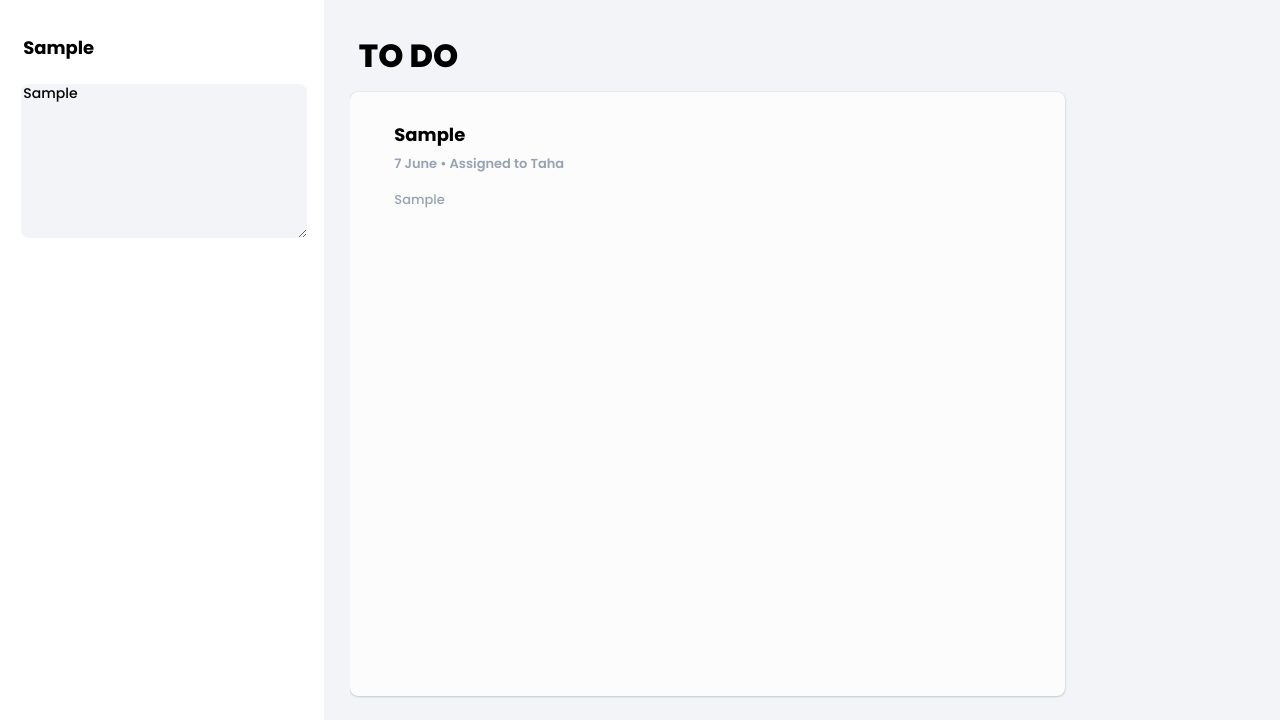
Repository: ReyhanehRahmani/TO-DO
Page: index.html
These files come from the project's save history. The page is drawn as it stood at one moment and after the next save; the edit follows.
The browser window is 1280 px wide. The pictures show the whole page.
Empty fields were first filled with sample values (such as "Sample", 5 or name@example.com).
After loading, the first visible `#creatbut` was clicked once.
Some web fonts or font styles are not loaded; a fallback is used.

Above is the page before, as saved 2025-06-08 13:09:04.

### index.html
<!DOCTYPE html>

<html lang="en">

    <head>

        <meta name="viewport" content="width=device-width, initial-scale=1.0" />

        <title>TO-DO</title>

        <link rel="icon" type="image/jpg" href="favicon.png">

        <link rel="stylesheet" href="style.css">

        <link rel="preconnect" href="https://fonts.googleapis.com">

        <link rel="preconnect" href="https://fonts.gstatic.com" crossorigin>

        <link href="https://fonts.googleapis.com/css2?family=Poppins:ital,wght@0,100;0,200;0,300;0,400;0,500;0,600;0,700;0,800;0,900;1,100;1,200;1,300;1,400;1,500;1,600;1,700;1,800;1,900&family=Sofia+Sans:ital,wght@0,1..1000;1,1..1000&display=swap" rel="stylesheet">

    </head>
    <body>
        <div id="side">

            <div id="main-card">
            <div id="content">
                <div >
                <div id="title">
                    <input type="text" id="titlebox" minlength="3" maxlength="30" placeholder="Title">
                </div>
                <div id="description">
                    <textarea type="text" id="descriptionbox" maxlength="200" placeholder="Description"></textarea>
                </div>
                </div>

                <div id="buttons">
                    <div id="clear"><button id="clearbut">Clear All</button></div>
                    <div id="creat"><button id="creatbut">Creat Card</button></div>
                </div>
            </div>

            </div>

            <div id="cardsContainer"></div>
        </div>

        <script src="script.js"></script>
    </body>

### style.css
@media screen and (max-width: 1279px){

body{
    background-color: #F2F4F7;
}



#main-card{
    margin-left: 6%;
    margin-right: 6%;
    margin-top: 6%;
    background-color: #FFFFFF;
}

#content{
    margin-right: 6.557377049%;
    margin-left: 6.557377049%;
    margin-top: 6.557377049%;
    margin-bottom: 6.557377049%;
}

#titlebox{
    font-family: 'Poppins';
    font-weight: 700;
    font-size: 18px;
    line-height: 150%;
    letter-spacing: -2%;
    border: none;
    width: 100%;
    height: 51px;
}

#descriptionbox{
    border: none;
    width: 100%;
    font-family: 'Poppins';
    font-weight: 500;
    font-size: 14px;
    line-height: 100%;
    letter-spacing: -3%;
    height: 150px;
    border-radius: 8px;
    background: #F2F4F7;

    margin-top: 10px;

}

#content{
    display: flex;
    flex-direction: column;
    justify-content: space-between;
    gap: 516px;
}

#buttons{
    display: flex;
    justify-content: space-between;
    gap: 12px;
    margin-bottom: 25px;
}

#clear{
    text-align: center;
    justify-content: center;
}

#clearbut{
    height: 44px;
    border-radius: 8px;
    border-width: 1.4px;
    border-color: #FF1616;
    background-color: #FFFFFF;
    font-family: 'Poppins';
    font-weight: 700;
    font-size: 15px;
    line-height: 100%;
    letter-spacing: -3%;
    color: #FF1616;
    white-space: nowrap;
    width: 97px;

}

#creat{
    text-align: center;
    justify-content: center;
}

#creatbut{
    height: 44px;
    border-radius: 8px;
    background: #000000;
    font-family: 'Poppins';
    font-weight: 600;
    font-size: 15px;
    line-height: 100%;
    letter-spacing: -3%;
    color: #FFFFFF;
    width: 190px;

}

.cardsContainer{
    justify-content: center;
}


.card {
    width: 76.923076923%;
    height: 238px;
    border-radius: 8px;
    background: #FCFCFD;
    box-shadow: 0px 0.5px 2px 0px #1018284D;
    justify-self: center;
    position: relative;
    margin-bottom: 24px;
}


.cardTitle{
    font-family: 'Poppins';
    font-weight: 700;
    font-size: 18px;
    line-height: 150%;
    letter-spacing: -2%;
    margin-left: 6.25%;
    padding-top: 4.1%;


}

.cardDate{
    font-family: 'Poppins';
    font-weight: 600;
    font-size: 13px;
    line-height: 150%;
    letter-spacing: -2%;
    margin-left: 6.25%;
    color: #98A2B3;
    margin-top: 6px;

}

.cardDesc{
    font-family: 'Poppins';
    font-weight: 500;
    font-size: 13px;
    line-height: 150%;
    letter-spacing: -2%;
    color: #98A2B3;
    margin-left: 6.25%;
    margin-top: 16px;
}

#todoTitle{
    font-family: 'Poppins';
    font-weight: 800;
    font-size: 32px;
    line-height: 100%;
    letter-spacing: -0.75%;
    color: #000000;
    margin-left: 12%;
    margin-bottom: 20px;
    margin-top: 80px;

}}

@media screen and (min-width: 1280px){


body, html {
    height: 100%;
    margin: 0;
    overflow: hidden;
    background-color: #F2F4F7;

}


#content{
    margin-right: 6.557377049%;
    margin-left: 6.557377049%;
    margin-top: 6.557377049%;
    margin-bottom: 6.557377049%;
}

#titlebox{
    font-family: 'Poppins';
    font-weight: 700;
    font-size: 18px;
    line-height: 150%;
    letter-spacing: -2%;
    border: none;
    width: 100%;
    height: 51px;
}

#descriptionbox{
    border: none;
    width: 100%;
    font-family: 'Poppins';
    font-weight: 500;
    font-size: 14px;
    line-height: 100%;
    letter-spacing: -3%;
    height: 150px;
    border-radius: 8px;
    background: #F2F4F7;

    margin-top: 10px;

}

#main-card{
    background-color: #FFFFFF;
    width: 25.31120332%;
    margin: 0%;
        height: 100vh;


}

#side{
    display: flex;
    flex-direction: row;
      overflow: hidden;

}


#content{
    display: flex;
    flex-direction: column;
    justify-content: space-between;
    gap: 516px;
}

#buttons{
    display: flex;
    justify-content: space-between;
    gap: 12px;
    margin-bottom: 25px;
}

#clear{
    text-align: center;
    justify-content: center;
}

#clearbut{
    height: 44px;
    border-radius: 8px;
    border-width: 1.4px;
    border-color: #FF1616;
    background-color: #FFFFFF;
    font-family: 'Poppins';
    font-weight: 700;
    font-size: 15px;
    line-height: 100%;
    letter-spacing: -3%;
    color: #FF1616;
    white-space: nowrap;
    width: 97px;

}

#creat{
    text-align: center;
    justify-content: center;
}

#creatbut{
    height: 44px;
    border-radius: 8px;
    background: #000000;
    font-family: 'Poppins';
    font-weight: 600;
    font-size: 15px;
    line-height: 100%;
    letter-spacing: -3%;
    color: #FFFFFF;
    width: 190px;

}

#cardsContainer{
    overflow-y: auto;
    flex-grow: 1;
    margin-left: 2%;
    height: 100vh;
    display: flex;
    flex-direction: column;

}


.card {
    width: 76.923076923%;
    height: 238px;
    border-radius: 8px;
    background: #FCFCFD;
    box-shadow: 0px 0.5px 2px 0px #1018284D;
    position: relative;
    margin-bottom: 24px;
      overflow-y: scroll;
  flex-grow: 1;

}


.cardTitle{
    font-family: 'Poppins';
    font-weight: 700;
    font-size: 18px;
    line-height: 150%;
    letter-spacing: -2%;
    margin-left: 6.25%;
    padding-top: 4.1%;


}

.cardDate{
    font-family: 'Poppins';
    font-weight: 600;
    font-size: 13px;
    line-height: 150%;
    letter-spacing: -2%;
    margin-left: 6.25%;
    color: #98A2B3;
    margin-top: 6px;

}

.cardDesc{
    font-family: 'Poppins';
    font-weight: 500;
    font-size: 13px;
    line-height: 150%;
    letter-spacing: -2%;
    color: #98A2B3;
    margin-left: 6.25%;
    margin-top: 16px;
}

#todoTitle{
    font-family: 'Poppins';
    font-weight: 800;
    font-size: 32px;
    line-height: 100%;
    letter-spacing: -0.75%;
    color: #000000;
    margin-left: 1%;
    margin-bottom: 20px;
    margin-top: 40px;

}

}

### script.js
document.getElementById("creatbut").onclick = function () {

    const title = document.getElementById("titlebox").value.trim();
    const desc = document.getElementById("descriptionbox").value.trim();

    const card = document.createElement("div");
    card.classList.add("card");

    const cardItems =document.createElement("div");
    card.classList.add("cardItem");

    card.appendChild(cardItems);

    const titleElem = document.createElement("div");
    titleElem.classList.add("cardTitle");
    titleElem.textContent = title;

    const dateElem = document.createElement("div");
    dateElem.classList.add("cardDate");

    const now = new Date();
    const day = now.getDate();
    const monthNames = ["January", "February", "March", "April", "May", "June","July", "August", "September", "October", "November", "December"];

    const month = monthNames[now.getMonth()];

    const formattedDate = day + " " + month;

    dateElem.textContent = formattedDate + " • " + " Assigned to Taha ";

    const descElem = document.createElement("div");
    descElem.classList.add("cardDesc");
    descElem.textContent = desc;

    cardItems.appendChild(titleElem);
    cardItems.appendChild(dateElem);
    cardItems.appendChild(descElem);

    document.getElementById("cardsContainer").appendChild(card);

    const container = document.getElementById("cardsContainer");

    if (!document.getElementById("todoTitle")) {
    const todo = document.createElement("div");
    todo.id = "todoTitle";
    todo.textContent = "TO DO";
    todo.classList.add("todoHeader");

    container.insertBefore(todo, container.firstChild);}



    document.getElementById("clearbut").addEventListener("click", function () {
    document.getElementById("titlebox").value = "";
    document.getElementById("descriptionbox").value = "";});


};

After the next save:
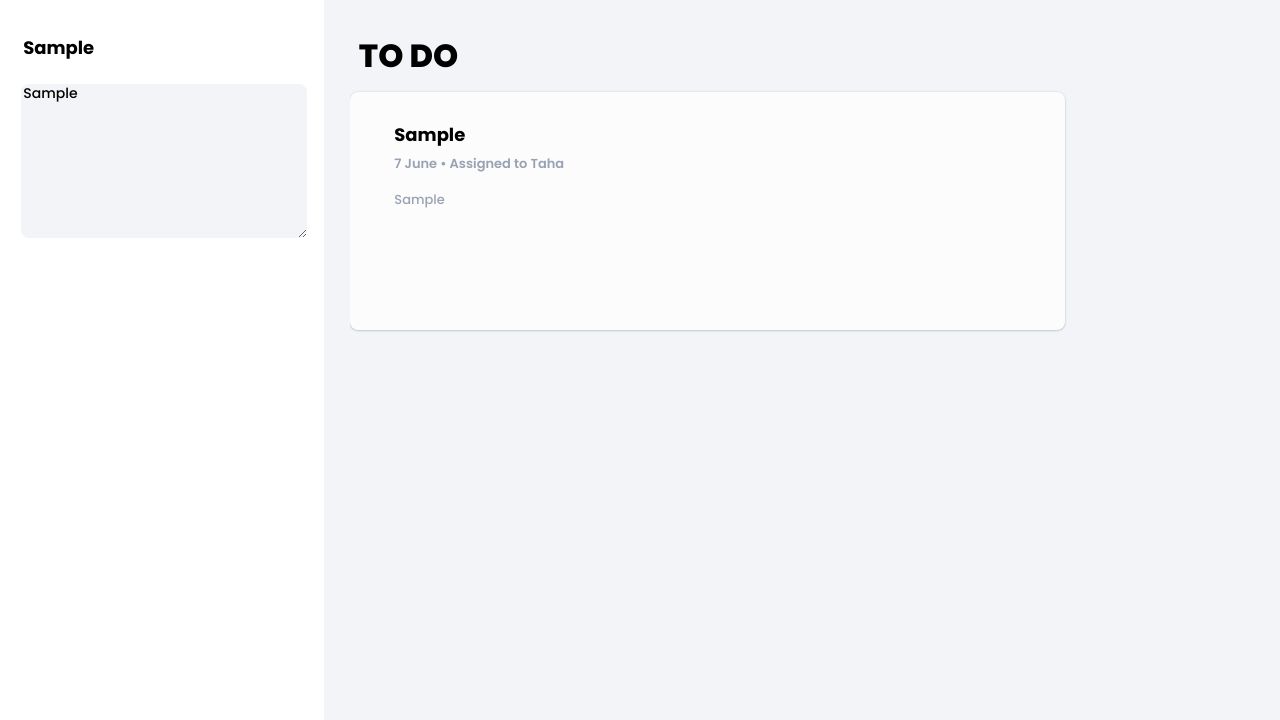
Saved 14 s later.
--- a/style.css
+++ b/style.css
@@ -304,8 +304,6 @@ body, html {
     box-shadow: 0px 0.5px 2px 0px #1018284D;
     position: relative;
     margin-bottom: 24px;
-      overflow-y: scroll;
-  flex-grow: 1;
 
 }
 
